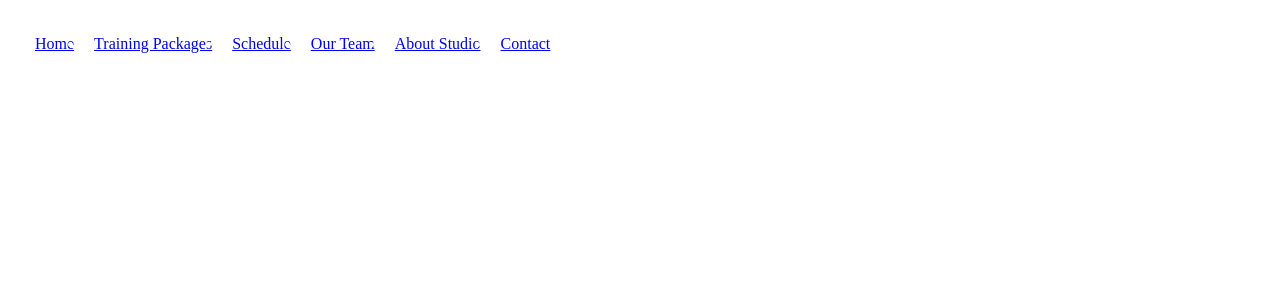
Repository: MujtabaHabib/muscle-memory-website
Page: index.html
These files come from the project's save history. The page is drawn as it stood at one moment and after a run of saves; the edit follows.
The browser window is 1280 px wide. The pictures show the whole page.

Above is the page before, as saved 2026-01-26 03:27:43.

### index.html
<!DOCTYPE html>
<html lang="en">
<head>
    <meta charset="UTF-8">
    <meta name="viewport" content="width=device-width, initial-scale=1.0">
    <title>Muscle Memory</title>
    <link rel="stylesheet" href="style.css">
</head>
<body>
    <nav class="nav">
        <ul class="list">
            <li><a href="#">Home</a></li>
            <li><a href="#">Training Packages</a></li>
            <li><a href="#">Schedule</a></li>
            <li><a href="#">Our Team</a></li>
            <li><a href="#">About Studio</a></li>
            <li><a href="#">Contact</a></li>
        </ul>
    </nav>
</body>
</html>

### style.css
*{
    margin: 0;
    padding: 0;

}

.list {
    display: flex;
    color: white;
    padding: 15px;
    margin:10px;
}

.list li{
    padding:10px;
    align-items: flex-end;
}

After the next 3 saves:
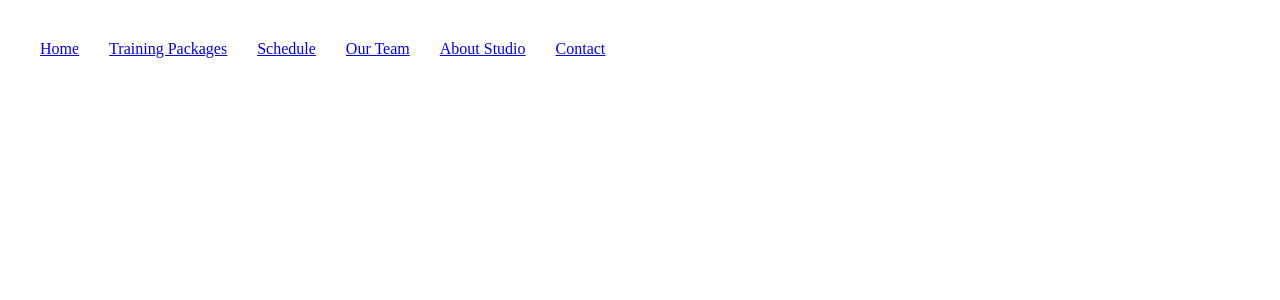
The 3 saves are shown as one change because they came seconds apart.
The last was saved 13 s later.
--- a/style.css
+++ b/style.css
@@ -12,6 +12,6 @@
 }
 
 .list li{
-    padding:10px;
-    align-items: flex-end;
+    padding:15px;
+
 }
